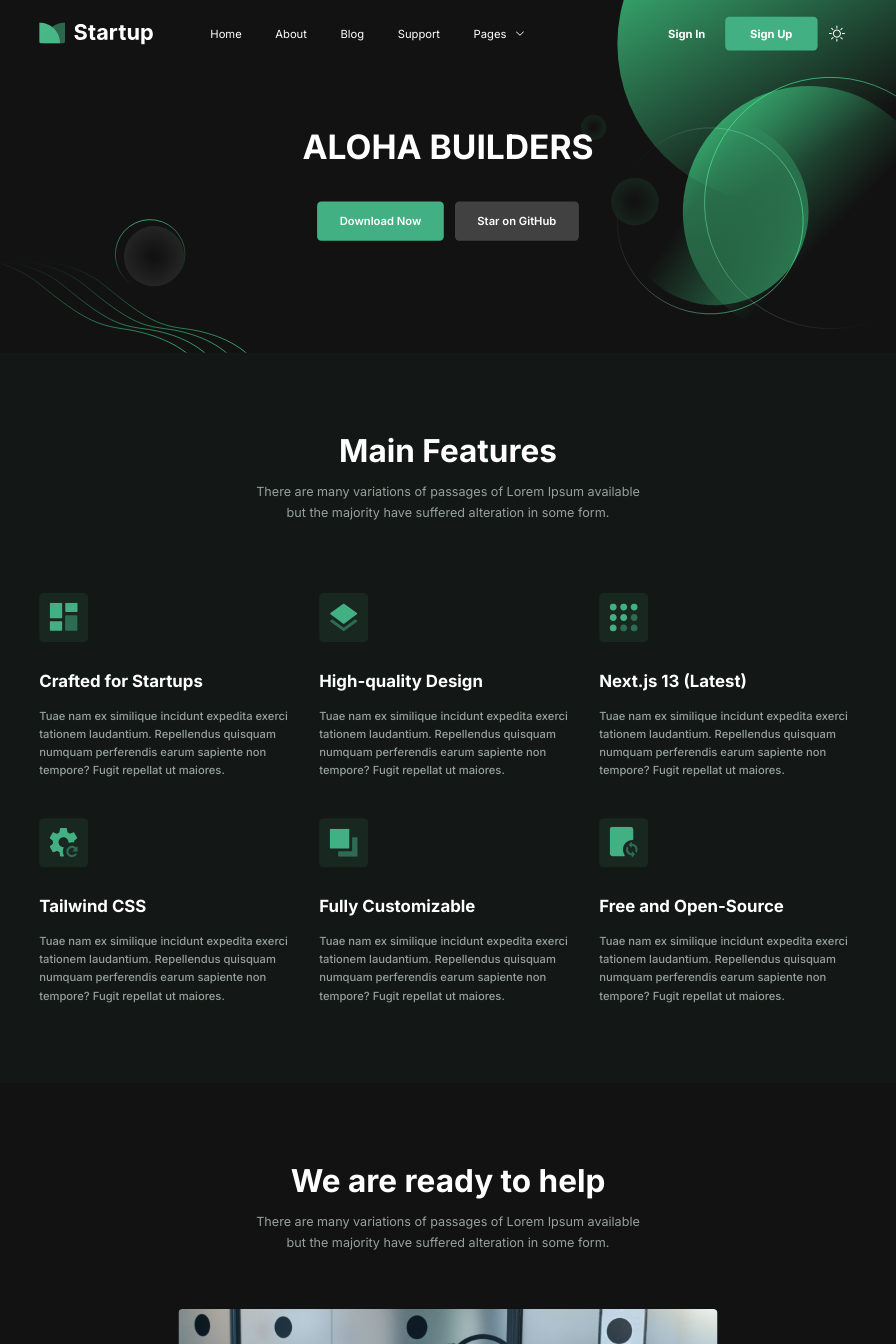
Repository: mosesvk/_startupPoly
Page: /
These files come from the project's save history. The page is drawn as it stood at one moment and after the next save; the edit follows.
The browser window is 1280 px wide. The pictures show the part of the page from y = 0 to 1920 px (the page is 8122 px tall before and 8174 px after), at 70% of full size.
The project was rebuilt for these pictures with package versions that can differ from the ones it lists, and the page was loaded fresh each time. The framework's server and built-in components were replaced by stand-ins that run in the browser. Also part of the build but not shown: next.config.js.

Above is the page before, as saved 2023-08-23 13:55:06.

### app/layout.tsx
"use client";

import Footer from "@/components/Footer";
import Header from "@/components/Header";
import ScrollToTop from "@/components/ScrollToTop";
import "node_modules/react-modal-video/css/modal-video.css";
import "../styles/index.css";

export default function RootLayout({
  children,
}: {
  children: React.ReactNode;
}) {
  return (
    <html suppressHydrationWarning lang="en">
      {/*
        <head /> will contain the components returned by the nearest parent
        head.js. Find out more at https://beta.nextjs.org/docs/api-reference/file-conventions/head
      */}
      <head />

      <body className="">
        <Providers>
          <Header />
          {children}
          <Footer />
          <ScrollToTop />
        </Providers>
      </body>
    </html>
  );
}

import { Providers } from "./providers";

### components/ScrollToTop/index.tsx
import { useEffect, useState } from "react";

export default function ScrollToTop() {
  const [isVisible, setIsVisible] = useState(false);

  // Top: 0 takes us all the way back to the top of the page
  // Behavior: smooth keeps it smooth!
  const scrollToTop = () => {
    window.scrollTo({
      top: 0,
      behavior: "smooth",
    });
  };

  useEffect(() => {
    // Button is displayed after scrolling for 500 pixels
    const toggleVisibility = () => {
      if (window.pageYOffset > 300) {
        setIsVisible(true);
      } else {
        setIsVisible(false);
      }
    };

    window.addEventListener("scroll", toggleVisibility);

    return () => window.removeEventListener("scroll", toggleVisibility);
  }, []);

  return (
    <div className="fixed bottom-8 right-8 z-[99]">
      {isVisible && (
        <div
          onClick={scrollToTop}
          aria-label="scroll to top"
          className="flex h-10 w-10 cursor-pointer items-center justify-center rounded-md bg-primary text-white shadow-md transition duration-300 ease-in-out hover:bg-opacity-80 hover:shadow-signUp"
        >
          <span className="mt-[6px] h-3 w-3 rotate-45 border-t border-l border-white"></span>
        </div>
      )}
    </div>
  );
}

### components/Blog/index.tsx
import SectionTitle from "../Common/SectionTitle";
import SingleBlog from "./SingleBlog";
import blogData from "./blogData";

const Blog = () => {
  return (
    <section id="blog" className="bg-primary/5 py-16 md:py-20 lg:py-28">
      <div className="container">
        <SectionTitle
          title="Our Latest Blogs"
          paragraph="There are many variations of passages of Lorem Ipsum available but the majority have suffered alteration in some form."
          center
        />

        <div className="grid grid-cols-1 gap-x-8 gap-y-10 md:grid-cols-2 md:gap-x-6 lg:gap-x-8 xl:grid-cols-3">
          {blogData.map((blog) => (
            <div key={blog.id} className="w-full">
              <SingleBlog blog={blog} />
            </div>
          ))}
        </div>
      </div>
    </section>
  );
};

export default Blog;

### components/Features/index.tsx
import SectionTitle from "../Common/SectionTitle";
import SingleFeature from "./SingleFeature";
import featuresData from "./featuresData";

const Features = () => {
  return (
    <>
      <section
        id="features"
        className="bg-primary/[.03] py-16 md:py-20 lg:py-28"
      >
        <div className="container">
          <SectionTitle
            title="Main Features"
            paragraph="There are many variations of passages of Lorem Ipsum available but the majority have suffered alteration in some form."
            center
          />

          <div className="grid grid-cols-1 gap-x-8 gap-y-14 md:grid-cols-2 lg:grid-cols-3">
            {featuresData.map((feature) => (
              <SingleFeature key={feature.id} feature={feature} />
            ))}
          </div>
        </div>
      </section>
    </>
  );
};

export default Features;

### components/Hero/index.tsx
import Link from "next/link";

const Hero = () => {
  return (
    <>
      <section
        id="home"
        className="relative z-10 overflow-hidden pt-[120px] pb-16 md:pt-[150px] md:pb-[120px] xl:pt-[180px] xl:pb-[160px] 2xl:pt-[210px] 2xl:pb-[200px]"
      >
        <div className="container">
          <div className="-mx-4 flex flex-wrap">
            <div className="w-full px-4">
              <div
                className="wow fadeInUp mx-auto max-w-[800px] text-center"
                data-wow-delay=".2s"
              >
                <h1 className="mb-5 text-3xl font-bold leading-tight text-black dark:text-white sm:text-4xl sm:leading-tight md:text-5xl md:leading-tight">
                  ALOHA BUILDERS
                </h1>
                <p className="mb-12 text-base font-medium !leading-relaxed text-body-color dark:text-white dark:opacity-90 sm:text-lg md:text-xl">

                </p>
                <div className="flex flex-col items-center justify-center space-y-4 sm:flex-row sm:space-x-4 sm:space-y-0">
                  <Link
                    href="https://nextjstemplates.com/templates/startup"
                    className="rounded-md bg-primary py-4 px-8 text-base font-semibold text-white duration-300 ease-in-out hover:bg-primary/80"
                  >
                    Download Now
                  </Link>
                  <Link
                    href="https://github.com/NextJSTemplates/startup-nextjs"
                    className="rounded-md bg-black/20 py-4 px-8 text-base font-semibold text-black duration-300 ease-in-out hover:bg-black/30 dark:bg-white/20 dark:text-white dark:hover:bg-white/30"
                  >
                    Star on GitHub
                  </Link>
                </div>
              </div>
            </div>
          </div>
        </div>
        <div className="absolute top-0 right-0 z-[-1] opacity-30 lg:opacity-100">
          <svg
            width="450"
            height="556"
            viewBox="0 0 450 556"
            fill="none"
            xmlns="http://www.w3.org/2000/svg"
          >
            <circle
              cx="277"
              cy="63"
              r="225"
              fill="url(#paint0_linear_25:217)"
            />
            <circle
              cx="17.9997"
              cy="182"
              r="18"
              fill="url(#paint1_radial_25:217)"
            />
            <circle
              cx="76.9997"
              cy="288"
              r="34"
              fill="url(#paint2_radial_25:217)"
            />
            <circle
              cx="325.486"
              cy="302.87"
              r="180"
              transform="rotate(-37.6852 325.486 302.87)"
              fill="url(#paint3_linear_25:217)"
            />
            <circle
              opacity="0.8"
              cx="184.521"
              cy="315.521"
              r="132.862"
              transform="rotate(114.874 184.521 315.521)"
              stroke="url(#paint4_linear_25:217)"
            />
            <circle
              opacity="0.8"
              cx="356"
              cy="290"
              r="179.5"
              transform="rotate(-30 356 290)"
              stroke="url(#paint5_linear_25:217)"
            />
            <circle
              opacity="0.8"
              cx="191.659"
              cy="302.659"
              r="133.362"
              transform="rotate(133.319 191.659 302.659)"
              fill="url(#paint6_linear_25:217)"
            />
            <defs>
              <linearGradient
                id="paint0_linear_25:217"
                x1="-54.5003"
                y1="-178"
                x2="222"
                y2="288"
                gradientUnits="userSpaceOnUse"
              >
                <stop stopColor="#4af79e" />
                <stop offset="1" stopColor="#4af79e" stopOpacity="0" />
              </linearGradient>
              <radialGradient
                id="paint1_radial_25:217"
                cx="0"
                cy="0"
                r="1"
                gradientUnits="userSpaceOnUse"
                gradientTransform="translate(17.9997 182) rotate(90) scale(18)"
              >
                <stop offset="0.145833" stopColor="#4af79e" stopOpacity="0" />
                <stop offset="1" stopColor="#4af79e" stopOpacity="0.08" />
              </radialGradient>
              <radialGradient
                id="paint2_radial_25:217"
                cx="0"
                cy="0"
                r="1"
                gradientUnits="userSpaceOnUse"
                gradientTransform="translate(76.9997 288) rotate(90) scale(34)"
              >
                <stop offset="0.145833" stopColor="#4af79e" stopOpacity="0" />
                <stop offset="1" stopColor="#4af79e" stopOpacity="0.08" />
              </radialGradient>
              <linearGradient
                id="paint3_linear_25:217"
                x1="226.775"
                y1="-66.1548"
                x2="292.157"
                y2="351.421"
                gradientUnits="userSpaceOnUse"
              >
                <stop stopColor="#4af79e" />
                <stop offset="1" stopColor="#4af79e" stopOpacity="0" />
              </linearGradient>
              <linearGradient
                id="paint4_linear_25:217"
                x1="184.521"
                y1="182.159"
                x2="184.521"
                y2="448.882"
                gradientUnits="userSpaceOnUse"
              >
                <stop stopColor="#4af79e" />
                <stop offset="1" stopColor="white" stopOpacity="0" />
              </linearGradient>
              <linearGradient
                id="paint5_linear_25:217"
                x1="356"
                y1="110"
                x2="356"
                y2="470"
                gradientUnits="userSpaceOnUse"
              >
                <stop stopColor="#4af79e" />
                <stop offset="1" stopColor="white" stopOpacity="0" />
              </linearGradient>
              <linearGradient
                id="paint6_linear_25:217"
                x1="118.524"
                y1="29.2497"
                x2="166.965"
                y2="338.63"
                gradientUnits="userSpaceOnUse"
              >
                <stop stopColor="#4af79e" />
                <stop offset="1" stopColor="#4af79e" stopOpacity="0" />
              </linearGradient>
            </defs>
          </svg>
        </div>
        <div className="absolute bottom-0 left-0 z-[-1] opacity-30 lg:opacity-100">
          <svg
            width="364"
            height="201"
            viewBox="0 0 364 201"
            fill="none"
            xmlns="http://www.w3.org/2000/svg"
          >
            <path
              d="M5.88928 72.3303C33.6599 66.4798 101.397 64.9086 150.178 105.427C211.155 156.076 229.59 162.093 264.333 166.607C299.076 171.12 337.718 183.657 362.889 212.24"
              stroke="url(#paint0_linear_25:218)"
            />
            <path
              d="M-22.1107 72.3303C5.65989 66.4798 73.3965 64.9086 122.178 105.427C183.155 156.076 201.59 162.093 236.333 166.607C271.076 171.12 309.718 183.657 334.889 212.24"
              stroke="url(#paint1_linear_25:218)"
            />
            <path
              d="M-53.1107 72.3303C-25.3401 66.4798 42.3965 64.9086 91.1783 105.427C152.155 156.076 170.59 162.093 205.333 166.607C240.076 171.12 278.718 183.657 303.889 212.24"
              stroke="url(#paint2_linear_25:218)"
            />
            <path
              d="M-98.1618 65.0889C-68.1416 60.0601 4.73364 60.4882 56.0734 102.431C120.248 154.86 139.905 161.419 177.137 166.956C214.37 172.493 255.575 186.165 281.856 215.481"
              stroke="url(#paint3_linear_25:218)"
            />
            <circle
              opacity="0.8"
              cx="214.505"
              cy="60.5054"
              r="49.7205"
              transform="rotate(-13.421 214.505 60.5054)"
              stroke="url(#paint4_linear_25:218)"
            />
            <circle cx="220" cy="63" r="43" fill="url(#paint5_radial_25:218)" />
            <defs>
              <linearGradient
                id="paint0_linear_25:218"
                x1="184.389"
                y1="69.2405"
                x2="184.389"
                y2="212.24"
                gradientUnits="userSpaceOnUse"
              >
                <stop stopColor="#4af79e" stopOpacity="0" />
                <stop offset="1" stopColor="#4af79e" />
              </linearGradient>
              <linearGradient
                id="paint1_linear_25:218"
                x1="156.389"
                y1="69.2405"
                x2="156.389"
                y2="212.24"
                gradientUnits="userSpaceOnUse"
              >
                <stop stopColor="#4af79e" stopOpacity="0" />
                <stop offset="1" stopColor="#4af79e" />
              </linearGradient>
              <linearGradient
                id="paint2_linear_25:218"
                x1="125.389"
                y1="69.2405"
                x2="125.389"
                y2="212.24"
                gradientUnits="userSpaceOnUse"
              >
                <stop stopColor="#4af79e" stopOpacity="0" />
                <stop offset="1" stopColor="#4af79e" />
              </linearGradient>
              <linearGradient
                id="paint3_linear_25:218"
                x1="93.8507"
                y1="67.2674"
                x2="89.9278"
                y2="210.214"
                gradientUnits="userSpaceOnUse"
              >
                <stop stopColor="#4af79e" stopOpacity="0" />
                <stop offset="1" stopColor="#4af79e" />
              </linearGradient>
              <linearGradient
                id="paint4_linear_25:218"
                x1="214.505"
                y1="10.2849"
                x2="212.684"
                y2="99.5816"
                gradientUnits="userSpaceOnUse"
              >
                <stop stopColor="#4af79e" />
                <stop offset="1" stopColor="#4af79e" stopOpacity="0" />
              </linearGradient>
              <radialGradient
                id="paint5_radial_25:218"
                cx="0"
                cy="0"
                r="1"
                gradientUnits="userSpaceOnUse"
                gradientTransform="translate(220 63) rotate(90) scale(43)"
              >
                <stop offset="0.145833" stopColor="white" stopOpacity="0" />
                <stop offset="1" stopColor="white" stopOpacity="0.08" />
              </radialGradient>
            </defs>
          </svg>
        </div>
      </section>
    </>
  );
};

export default Hero;

### components/Header/menuData.tsx
import { Menu } from "@/types/menu";

const menuData: Menu[] = [
  {
    id: 1,
    title: "Home",
    path: "/",
    newTab: false,
  },
  {
    id: 2,
    title: "About",
    path: "/about",
    newTab: false,
  },
  {
    id: 33,
    title: "Blog",
    path: "/blog",
    newTab: false,
  },
  {
    id: 3,
    title: "Support",
    path: "/contact",
    newTab: false,
  },
  {
    id: 4,
    title: "Pages",
    newTab: false,
    submenu: [
      {
        id: 41,
        title: "About Page",
        path: "/about",
        newTab: false,
      },
      {
        id: 42,
        title: "Contact Page",
        path: "/contact",
        newTab: false,
      },
      {
        id: 43,
        title: "Blog Grid Page",
        path: "/blog",
        newTab: false,
      },
      {
        id: 44,
        title: "Blog Sidebar Page",
        path: "/blog-sidebar",
        newTab: false,
      },
      {
        id: 45,
        title: "Blog Details Page",
        path: "/blog-details",
        newTab: false,
      },
      {
        id: 46,
        title: "Sign In Page",
        path: "/signin",
        newTab: false,
      },
      {
        id: 47,
        title: "Sign Up Page",
        path: "/signup",
        newTab: false,
      },
      {
        id: 48,
        title: "Error Page",
        path: "/error",
        newTab: false,
      },
    ],
  },
];
export default menuData;

### components/Common/SectionTitle.tsx
const SectionTitle = ({
  title,
  paragraph,
  width = "570px",
  center,
  mb = "100px",
}: {
  title: string;
  paragraph: string;
  width?: string;
  center?: boolean;
  mb?: string;
}) => {
  return (
    <>
      <div
        className={`wow fadeInUp w-full ${center ? "mx-auto text-center" : ""}`}
        data-wow-delay=".1s"
        style={{ maxWidth: width, marginBottom: mb }}
      >
        <h2 className="mb-4 text-3xl font-bold !leading-tight text-black dark:text-white sm:text-4xl md:text-[45px]">
          {title}
        </h2>
        <p className="text-base !leading-relaxed text-body-color md:text-lg">
          {paragraph}
        </p>
      </div>
    </>
  );
};

export default SectionTitle;

### components/Blog/blogData.tsx
import { Blog } from "@/types/blog";

const blogData: Blog[] = [
  {
    id: 1,
    title: "Best UI components for modern websites",
    paragraph:
      "Lorem ipsum dolor sit amet, consectetur adipiscing elit. Cras sit amet dictum neque, laoreet dolor.",
    image: "/images/blog/blog-01.jpg",
    author: {
      name: "Samuyl Joshi",
      image: "/images/blog/author-01.png",
      designation: "Graphic Designer",
    },
    tags: ["creative"],
    publishDate: "2025",
  },
  {
    id: 2,
    title: "9 simple ways to improve your design skills",
    paragraph:
      "Lorem ipsum dolor sit amet, consectetur adipiscing elit. Cras sit amet dictum neque, laoreet dolor.",
    image: "/images/blog/blog-02.jpg",
    author: {
      name: "Musharof Chy",
      image: "/images/blog/author-02.png",
      designation: "Content Writer",
    },
    tags: ["computer"],
    publishDate: "2025",
  },
  {
    id: 3,
    title: "Tips to quickly improve your coding speed.",
    paragraph:
      "Lorem ipsum dolor sit amet, consectetur adipiscing elit. Cras sit amet dictum neque, laoreet dolor.",
    image: "/images/blog/blog-03.jpg",
    author: {
      name: "Lethium Deo",
      image: "/images/blog/author-03.png",
      designation: "Graphic Designer",
    },
    tags: ["design"],
    publishDate: "2025",
  },
];
export default blogData;

### components/Features/SingleFeature.tsx
import { Feature } from "@/types/feature";

const SingleFeature = ({ feature }: { feature: Feature }) => {
  const { icon, title, paragraph } = feature;
  return (
    <div className="w-full">
      <div className="wow fadeInUp" data-wow-delay=".15s">
        <div className="mb-10 flex h-[70px] w-[70px] items-center justify-center rounded-md bg-primary bg-opacity-10 text-primary">
          {icon}
        </div>
        <h3 className="mb-5 text-xl font-bold text-black dark:text-white sm:text-2xl lg:text-xl xl:text-2xl">
          {title}
        </h3>
        <p className="pr-[10px] text-base font-medium leading-relaxed text-body-color">
          {paragraph}
        </p>
      </div>
    </div>
  );
};

export default SingleFeature;

### components/Pricing/OfferList.tsx
const checkIcon = (
  <svg width="8" height="6" viewBox="0 0 8 6" className="fill-current">
    <path d="M2.90567 6.00024C2.68031 6.00024 2.48715 5.92812 2.294 5.74764L0.169254 3.43784C-0.0560926 3.18523 -0.0560926 2.78827 0.169254 2.53566C0.39461 2.28298 0.74873 2.28298 0.974086 2.53566L2.90567 4.66497L7.02642 0.189715C7.25175 -0.062913 7.60585 -0.062913 7.83118 0.189715C8.0566 0.442354 8.0566 0.839355 7.83118 1.09198L3.54957 5.78375C3.32415 5.92812 3.09882 6.00024 2.90567 6.00024Z" />
  </svg>
);

const crossIcon = (
  <svg width="7" height="7" viewBox="0 0 8 8" className="fill-current">
    <path d="M7.4499 0.512524C7.1124 0.175024 6.5874 0.175024 6.2499 0.512524L3.9999 2.80002L1.7124 0.512524C1.3749 0.175024 0.849902 0.175024 0.512402 0.512524C0.174902 0.850024 0.174902 1.37502 0.512402 1.71252L2.7999 4.00002L0.512402 6.28752C0.174902 6.62502 0.174902 7.15002 0.512402 7.48752C0.662402 7.63752 0.887402 7.75002 1.1124 7.75002C1.3374 7.75002 1.5624 7.67502 1.7124 7.48752L3.9999 5.20002L6.2874 7.48752C6.4374 7.63752 6.6624 7.75002 6.8874 7.75002C7.1124 7.75002 7.3374 7.67502 7.4874 7.48752C7.8249 7.15002 7.8249 6.62502 7.4874 6.28752L5.1999 4.00002L7.4874 1.71252C7.7874 1.37502 7.7874 0.850024 7.4499 0.512524Z" />
  </svg>
);

const OfferList = ({
  text,
  status,
}: {
  text: string;
  status: "active" | "inactive";
}) => {
  return (
    <div className="mb-3 flex items-center">
      <span className="mr-3 flex h-[18px] w-full max-w-[18px] items-center justify-center rounded-full bg-primary bg-opacity-10 text-primary">
        {status === "active" ? checkIcon : crossIcon}
      </span>
      <p className="m-0 text-base font-medium text-body-color">{text}</p>
    </div>
  );
};

export default OfferList;

Loaded but not shown: app/page.tsx (common file); styles/index.css (common file); app/providers.tsx (common file); components/Common/ScrollUp.tsx (common file); tailwind.config.js (55 lines, source omitted); components/Footer/index.tsx (410 lines, source omitted); components/Header/ThemeToggler.tsx (43 lines, source omitted); components/Features/featuresData.tsx (95 lines, source omitted); components/Header/index.tsx (177 lines, source omitted); components/Contact/NewsLatterBox.tsx (175 lines, source omitted); components/Testimonials/index.tsx (183 lines, source omitted); components/Pricing/index.tsx (164 lines, source omitted); components/Contact/index.tsx (86 lines, source omitted); components/Pricing/PricingBox.tsx (81 lines, source omitted); components/About/AboutSectionOne.tsx (72 lines, source omitted); components/About/AboutSectionTwo.tsx (57 lines, source omitted); components/Blog/SingleBlog.tsx (58 lines, source omitted); components/Video/index.tsx (67 lines, source omitted); components/Brands/index.tsx (76 lines, source omitted); components/Testimonials/SingleTestimonial.tsx (47 lines, source omitted)

After the next save:
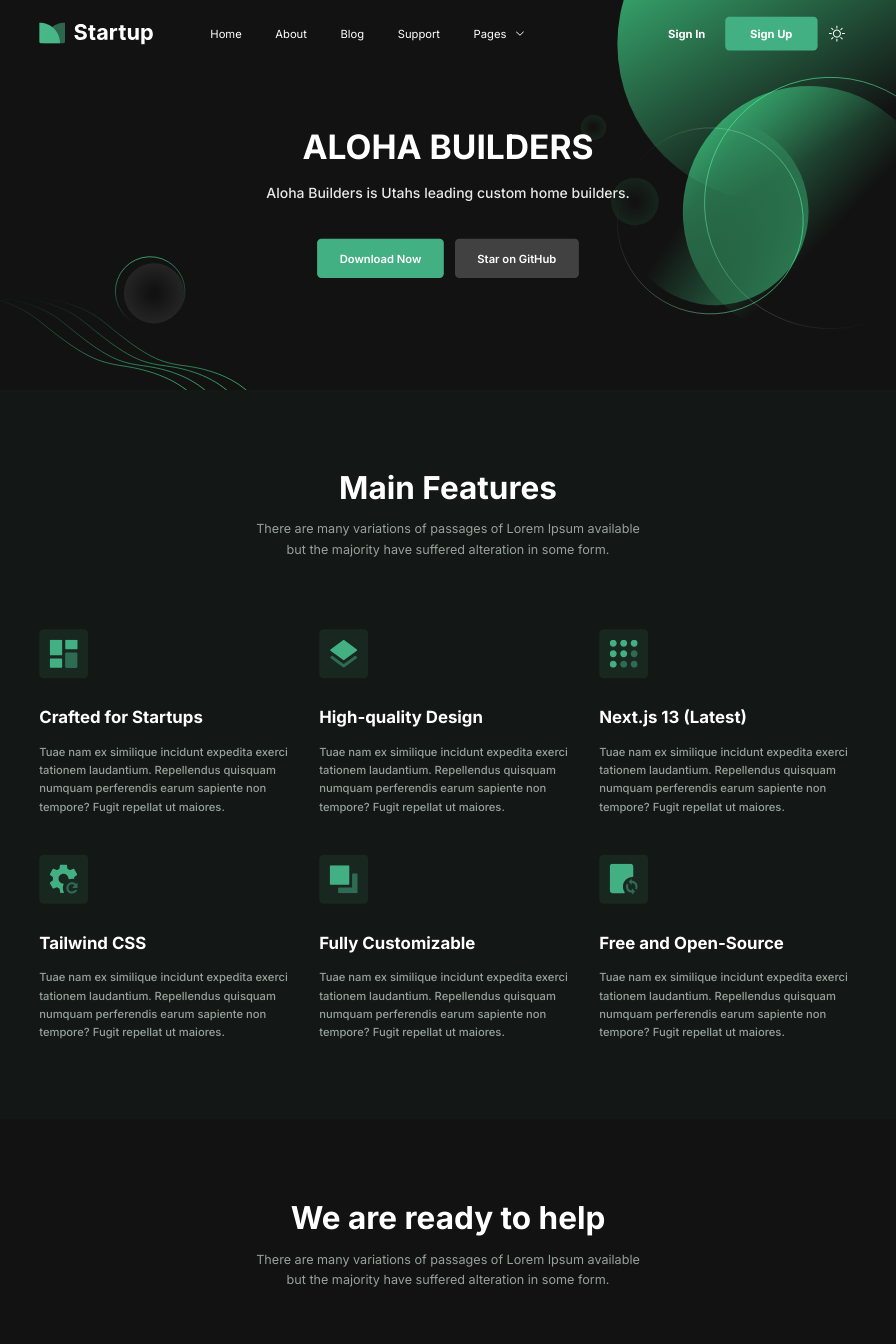
Saved 2 min 25 s later.
--- a/components/Hero/index.tsx
+++ b/components/Hero/index.tsx
@@ -18,7 +18,7 @@
                   ALOHA BUILDERS
                 </h1>
                 <p className="mb-12 text-base font-medium !leading-relaxed text-body-color dark:text-white dark:opacity-90 sm:text-lg md:text-xl">
-
+                  Aloha Builders is Utahs leading custom home builders.
                 </p>
                 <div className="flex flex-col items-center justify-center space-y-4 sm:flex-row sm:space-x-4 sm:space-y-0">
                   <Link
